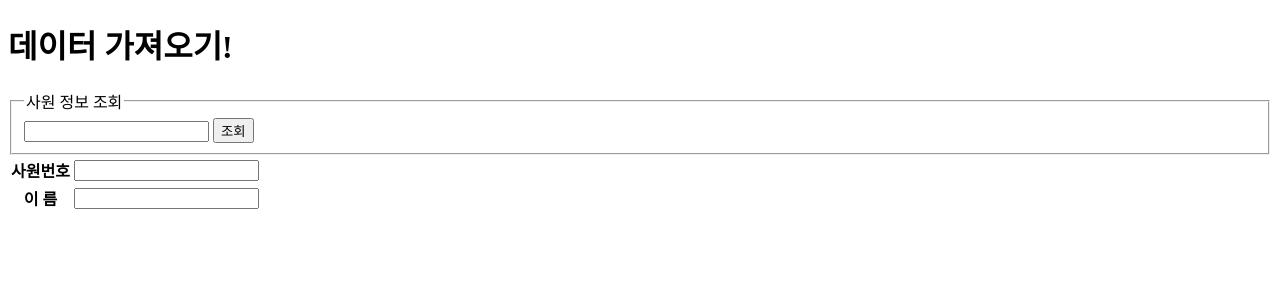
Repository: whdkwhdk90/JAVA
Page: 실습 코드/7. AJAX/UI_JQ_Ajax/WebContent/jq09_ajax.html
An editor plug-in stored every save of this project. The page is shown before and after the next save, followed by the edit.
The browser window is 1280 px wide. The pictures show the whole page.

Above is the page before, as saved 2020-06-22 03:51:04.

### 실습 코드/7. AJAX/UI_JQ_Ajax/WebContent/jq09_ajax.html
<!DOCTYPE html>
<html>
<head>
<meta charset="UTF-8">
<title>Insert title here</title>
</head>
<body>
	<h1>데이터 가져오기!</h1>

	<fieldset>
		<legend>사원 정보 조회</legend>
		<input type="text" name="empid">
		<input type="button" id="emp_search" value="조회">
	</fieldset>
	<table>
		  <tr>
			    <th>사원번호</th>
			    <td><input type="text" name="empNum"></td>
		  </tr>
		  <tr>
			    <th>이 름</th>
			    <td><input type="text" name="lastName"></td>
		  </tr>
	</table>

</body>
</html>

After the next save:
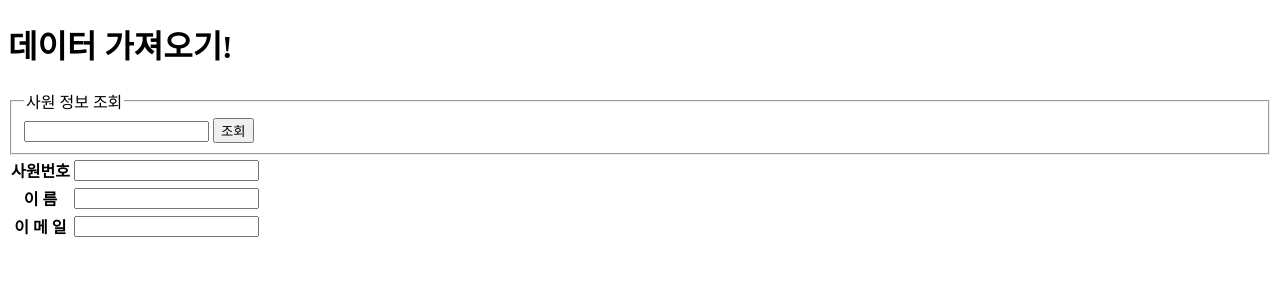
Saved 20 s later.
--- a/실습 코드/7. AJAX/UI_JQ_Ajax/WebContent/jq09_ajax.html
+++ b/실습 코드/7. AJAX/UI_JQ_Ajax/WebContent/jq09_ajax.html
@@ -21,6 +21,10 @@
 			    <th>이 름</th>
 			    <td><input type="text" name="lastName"></td>
 		  </tr>
+		  <tr>
+			    <th>이 메 일</th>
+			    <td><input type="text" name="email"></td>
+		  </tr>
 	</table>
 
 </body>
